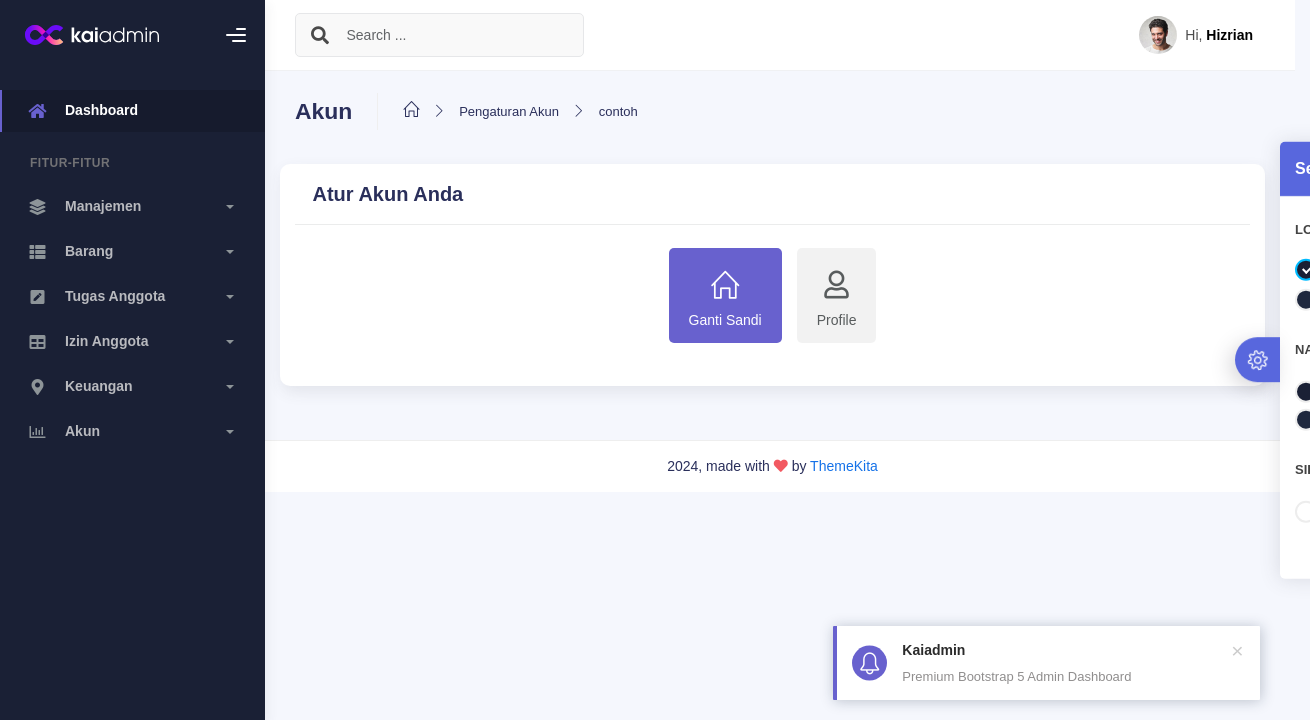
Repository: fatkquladhim/multimedia_laravel
Page: http://localhost/akun
An editor plug-in stored every save of this project. The page is shown before and after the next save, followed by the edit.
The browser window is 1280 px wide. The page is 1280 px wide, then 1310 px, then 1280 px, so the pictures cover 1310 px, including what lies to the right of the window. The pictures show the whole page.
Some web fonts or font styles are not loaded; a fallback is used. The page is served by the project's Laravel application, run on PHP 8.4 with Laravel 12. Other server files are loaded and not shown.

Above is the page before, as saved 2025-08-16 23:05:08.
Console error: ReferenceError: jsVectorMap is not defined

### routes/web.php
<?php

use Illuminate\Support\Facades\Route;


Route::get('/', function () {
    return view('dashboard.admin');
});
Route::get('/anggota', function () {
    return view('anggota.tampil');
});
Route::get('/laptop', function () {
    return view('laptop.tampil');
});
Route::get('/alat', function () {
    return view('alat.tampil');
});
Route::get('/akses', function () {
    return view('akses.tampil');
});
Route::get('/peminjaman', function () {
    return view('peminjaman.tampil');
});
Route::get('/penyewaan', function () {
    return view('penyewaan.tampil');
});
Route::get('/tugas', function () {
    return view('tugas.tampil');
});
Route::get('/izin_malam', function () {
    return view('izin_malam.tampil');
});
Route::get('/izin_nugas', function () {
    return view('izin_nugas.tampil');
});
Route::get('/keuangan', function () {
    return view('keuangan.tampil');
});
Route::get('/akun', function () {
    return view('akun.tampil');
});
Route::get('/logout', function () {
    return view('logout.tampil');
});

### resources/views/akun/tampil.blade.php
@extends('layouts.master')
@section('content')
    <div class="page-inner">
        <div class="page-header">
            <h3 class="fw-bold mb-3">Akun</h3>
            <ul class="breadcrumbs mb-3">
                <li class="nav-home">
                    <a href="#">
                        <i class="icon-home"></i>
                    </a>
                </li>
                <li class="separator">
                    <i class="icon-arrow-right"></i>
                </li>
                <li class="nav-item">
                    <a href="#">Pengaturan Akun</a>
                </li>
                <li class="separator">
                    <i class="icon-arrow-right"></i>
                </li>
                <li class="nav-item">
                    <a href="#">contoh</a>
                </li>
            </ul>
        </div>
        <div class="row">
          <div class="card">
              <div class="card-header">
                <h4 class="card-title">Atur Akun Anda</h4>
              </div>
              <div class="card-body">
                <ul class="nav nav-pills nav-secondary  nav-pills-no-bd nav-pills-icons justify-content-center" id="pills-tab-with-icon" role="tablist">
                  <li class="nav-item">
                    <a class="nav-link active" id="pills-home-tab-icon" data-bs-toggle="pill" href="#pills-home-icon" role="tab" aria-controls="pills-home-icon" aria-selected="true">
                      <i class="icon-home"></i>
                      Ganti Sandi
                    </a>
                  </li>
                  <li class="nav-item">
                    <a class="nav-link" id="pills-profile-tab-icon" data-bs-toggle="pill" href="#pills-profile-icon" role="tab" aria-controls="pills-profile-icon" aria-selected="false">
                      <i class="far fa-user"></i>
                      Profile
                    </a>
                  </li>
                </ul>
                <div class="row">
                <div class="tab-content mt-2 mb-3" id="pills-with-icon-tabContent">
                  <div class="tab-pane fade show active" id="pills-home-icon" role="tabpanel" aria-labelledby="pills-home-tab-icon">

                  </div>
                  <div class="tab-pane fade" id="pills-profile-icon" role="tabpanel" aria-labelledby="pills-profile-tab-icon">
                    <p>Even the all-powerful Pointing has no control about the blind texts it is an almost unorthographic life One day however a small line of blind text by the name of Lorem Ipsum decided to leave for the far World of Grammar.</p>
                    <p>The Big Oxmox advised her not to do so, because there were thousands of bad Commas, wild Question Marks and devious Semikoli, but the Little Blind Text didn’t listen. She packed her seven versalia, put her initial into the belt and made herself on the way.
                    </p>
                  </div>
                  <div class="tab-pane fade" id="pills-contact-icon" role="tabpanel" aria-labelledby="pills-contact-tab-icon">
                    <p>Pityful a rethoric question ran over her cheek, then she continued her way. On her way she met a copy. The copy warned the Little Blind Text, that where it came from it would have been rewritten a thousand times and everything that was left from its origin would be the word "and" and the Little Blind Text should turn around and return to its own, safe country.</p>

                    <p> But nothing the copy said could convince her and so it didn’t take long until a few insidious Copy Writers ambushed her, made her drunk with Longe and Parole and dragged her into their agency, where they abused her for their</p>
                  </div>
                </div>
              </div>
            </div>
        </div>
    </div>
@endsection

### resources/views/layouts/master.blade.php
<!DOCTYPE html>
<html lang="en">
  <head>
    <meta http-equiv="X-UA-Compatible" content="IE=edge" />
    <title>Kaiadmin - Bootstrap 5 Admin Dashboard</title>
    <meta
      content="width=device-width, initial-scale=1.0, shrink-to-fit=no"
      name="viewport"
    />
    <!-- <link
      rel="icon"
      href="assets/img/kaiadmin/favicon.ico"
      type="image/x-icon"
    /> -->

    <!-- Fonts and icons -->
    <script src="{{ asset('js/plugin/webfont/webfont.min.js') }}"></script>
    <script>
      WebFont.load({
        google: { families: ["Public Sans:300,400,500,600,700"] },
        custom: {
          families: [
            "Font Awesome 5 Solid",
            "Font Awesome 5 Regular",
            "Font Awesome 5 Brands",
            "simple-line-icons",
          ],
          urls: ["{{ asset('css/fonts.min.css') }}"],
        },
        active: function () {
          sessionStorage.fonts = true;
        },
      });
    </script>

    <!-- CSS Files -->
    <link rel="stylesheet" href="{{ asset('css/bootstrap.min.css') }}" />
    <link rel="stylesheet" href="{{ asset('css/plugins.min.css') }}" />
    <link rel="stylesheet" href="{{ asset('css/kaiadmin.min.css') }}" />

    <!-- CSS Just for demo purpose, don't include it in your project -->
    <link rel="stylesheet" href="{{ asset('css/demo.css') }}" />
  </head>
  <body>
    <div class="wrapper">
      <!-- Sidebar -->
      @include('partials.sidebar')
      <!-- End Sidebar -->

      <div class="main-panel">
        <div class="main-header">
          <div class="main-header-logo">
            <!-- Logo Header -->
            <div class="logo-header" data-background-color="dark">
              <a href="index.html" class="logo">
                  <img
                    src="{{ asset('img/kaiadmin/logo_light.svg') }}"
                    alt="navbar brand"
                    class="navbar-brand"
                    height="20"
                  />
              </a>
              <div class="nav-toggle">
                <button class="btn btn-toggle toggle-sidebar">
                  <i class="gg-menu-right"></i>
                </button>
                <button class="btn btn-toggle sidenav-toggler">
                  <i class="gg-menu-left"></i>
                </button>
              </div>
              <button class="topbar-toggler more">
                <i class="gg-more-vertical-alt"></i>
              </button>
            </div>
            <!-- End Logo Header -->
          </div>
          <!-- Navbar Header -->
          @include('partials.header')
          <!-- End Navbar -->
        </div>

        <div class="container">
          @yield('content')
        </div>
        {{-- footer --}}
        @include('partials.footer')
      </div>

      <!-- Custom template | don't include it in your project! -->
      <div class="custom-template">
        @include('partials.custom')
      </div>
      <!-- End Custom template -->
    </div>
    <!--   Core JS Files   -->
    <script src="{{ asset('js/core/jquery-3.7.1.min.js') }}"></script>
    <script src="{{ asset('js/core/popper.min.js') }}"></script>
    <script src="{{ asset('js/core/bootstrap.min.js') }}"></script>

    <!-- jQuery Scrollbar -->
    <script src="{{ asset('js/plugin/jquery-scrollbar/jquery.scrollbar.min.js') }}"></script>

    <!-- Chart JS -->
    <script src="{{ asset('js/plugin/chart.js/chart.min.js') }}"></script>

    <!-- jQuery Sparkline -->
    <script src="{{ asset('js/plugin/jquery.sparkline/jquery.sparkline.min.js') }}"></script>

    <!-- Chart Circle -->
    <script src="{{ asset('js/plugin/chart-circle/circles.min.js') }}"></script>

    <!-- Datatables -->
    <script src="{{ asset('js/plugin/datatables/datatables.min.js') }}"></script>

    <!-- Bootstrap Notify -->
    <script src="{{ asset('js/plugin/bootstrap-notify/bootstrap-notify.min.js') }}"></script>

    <!-- Sweet Alert -->
    <script src="{{ asset('js/plugin/sweetalert/sweetalert.min.js') }}"></script>

    <!-- Kaiadmin JS -->
    <script src="{{ asset('js/kaiadmin.min.js') }}"></script>

    <!-- Kaiadmin DEMO methods, don't include it in your project! -->
    <script src="{{ asset('js/setting-demo.js') }}"></script>
    <script src="{{ asset('js/demo.js') }}"></script>
    <script>
      $("#lineChart").sparkline([102, 109, 120, 99, 110, 105, 115], {
        type: "line",
        height: "70",
        width: "100%",
        lineWidth: "2",
        lineColor: "#177dff",
        fillColor: "rgba(23, 125, 255, 0.14)",
      });

      $("#lineChart2").sparkline([99, 125, 122, 105, 110, 124, 115], {
        type: "line",
        height: "70",
        width: "100%",
        lineWidth: "2",
        lineColor: "#f3545d",
        fillColor: "rgba(243, 84, 93, .14)",
      });

      $("#lineChart3").sparkline([105, 103, 123, 100, 95, 105, 115], {
        type: "line",
        height: "70",
        width: "100%",
        lineWidth: "2",
        lineColor: "#ffa534",
        fillColor: "rgba(255, 165, 52, .14)",
      });
    </script>
  </body>
</html>

### resources/views/partials/footer.blade.php
<footer class="footer">
    <div class="container-fluid d-flex justify-content-center">
    <div class="copyright">
        2024, made with <i class="fa fa-heart heart text-danger"></i> by
        <a href="http://www.themekita.com">ThemeKita</a>
    </div>
    </div>
</footer>

### resources/views/partials/custom.blade.php
<div class="title">Settings</div>
        <div class="custom-content">
          <div class="switcher">
            <div class="switch-block">
              <h4>Logo Header</h4>
              <div class="btnSwitch">
                <button
                  type="button"
                  class="selected changeLogoHeaderColor"
                  data-color="dark"
                ></button>
                <button
                  type="button"
                  class="changeLogoHeaderColor"
                  data-color="blue"
                ></button>
                <button
                  type="button"
                  class="changeLogoHeaderColor"
                  data-color="purple"
                ></button>
                <button
                  type="button"
                  class="changeLogoHeaderColor"
                  data-color="light-blue"
                ></button>
                <button
                  type="button"
                  class="changeLogoHeaderColor"
                  data-color="green"
                ></button>
                <button
                  type="button"
                  class="changeLogoHeaderColor"
                  data-color="orange"
                ></button>
                <button
                  type="button"
                  class="changeLogoHeaderColor"
                  data-color="red"
                ></button>
                <button
                  type="button"
                  class="changeLogoHeaderColor"
                  data-color="white"
                ></button>
                <br />
                <button
                  type="button"
                  class="changeLogoHeaderColor"
                  data-color="dark2"
                ></button>
                <button
                  type="button"
                  class="changeLogoHeaderColor"
                  data-color="blue2"
                ></button>
                <button
                  type="button"
                  class="changeLogoHeaderColor"
                  data-color="purple2"
                ></button>
                <button
                  type="button"
                  class="changeLogoHeaderColor"
                  data-color="light-blue2"
                ></button>
                <button
                  type="button"
                  class="changeLogoHeaderColor"
                  data-color="green2"
                ></button>
                <button
                  type="button"
                  class="changeLogoHeaderColor"
                  data-color="orange2"
                ></button>
                <button
                  type="button"
                  class="changeLogoHeaderColor"
                  data-color="red2"
                ></button>
              </div>
            </div>
            <div class="switch-block">
              <h4>Navbar Header</h4>
              <div class="btnSwitch">
                <button
                  type="button"
                  class="changeTopBarColor"
                  data-color="dark"
                ></button>
                <button
                  type="button"
                  class="changeTopBarColor"
                  data-color="blue"
                ></button>
                <button
                  type="button"
                  class="changeTopBarColor"
                  data-color="purple"
                ></button>
                <button
                  type="button"
                  class="changeTopBarColor"
                  data-color="light-blue"
                ></button>
                <button
                  type="button"
                  class="changeTopBarColor"
                  data-color="green"
                ></button>
                <button
                  type="button"
                  class="changeTopBarColor"
                  data-color="orange"
                ></button>
                <button
                  type="button"
                  class="changeTopBarColor"
                  data-color="red"
                ></button>
                <button
                  type="button"
                  class="selected changeTopBarColor"
                  data-color="white"
                ></button>
                <br />
                <button
                  type="button"
                  class="changeTopBarColor"
                  data-color="dark2"
                ></button>
                <button
                  type="button"
                  class="changeTopBarColor"
                  data-color="blue2"
                ></button>
                <button
                  type="button"
                  class="changeTopBarColor"
                  data-color="purple2"
                ></button>
                <button
                  type="button"
                  class="changeTopBarColor"
                  data-color="light-blue2"
                ></button>
                <button
                  type="button"
                  class="changeTopBarColor"
                  data-color="green2"
                ></button>
                <button
                  type="button"
                  class="changeTopBarColor"
                  data-color="orange2"
                ></button>
                <button
                  type="button"
                  class="changeTopBarColor"
                  data-color="red2"
                ></button>
              </div>
            </div>
            <div class="switch-block">
              <h4>Sidebar</h4>
              <div class="btnSwitch">
                <button
                  type="button"
                  class="changeSideBarColor"
                  data-color="white"
                ></button>
                <button
                  type="button"
                  class="selected changeSideBarColor"
                  data-color="dark"
                ></button>
                <button
                  type="button"
                  class="changeSideBarColor"
                  data-color="dark2"
                ></button>
              </div>
            </div>
          </div>
        </div>
        <div class="custom-toggle">
          <i class="icon-settings"></i>
        </div>

Loaded but not shown: public/js/plugin/webfont/webfont.min.js (library); public/css/bootstrap.min.css (library); public/css/plugins.min.css (library); public/css/kaiadmin.min.css (library); public/css/fonts.min.css (library); public/js/core/jquery-3.7.1.min.js (library); public/js/core/popper.min.js (library); public/js/core/bootstrap.min.js (library); public/js/plugin/jquery-scrollbar/jquery.scrollbar.min.js (library); public/js/plugin/chart.js/chart.min.js (library); public/js/plugin/jquery.sparkline/jquery.sparkline.min.js (library); public/js/plugin/chart-circle/circles.min.js (library); public/js/plugin/datatables/datatables.min.js (library); public/js/plugin/bootstrap-notify/bootstrap-notify.min.js (library); public/js/plugin/sweetalert/sweetalert.min.js (library); public/js/kaiadmin.min.js (library); public/img/kaiadmin/logo_light.svg (54 lines, source omitted); public/js/demo.js (429 lines, source omitted); public/js/setting-demo.js (105 lines, source omitted); public/css/demo.css (312 lines, source omitted); resources/views/partials/header.blade.php (195 lines, source omitted); resources/views/partials/sidebar.blade.php (171 lines, source omitted)

After the next save:
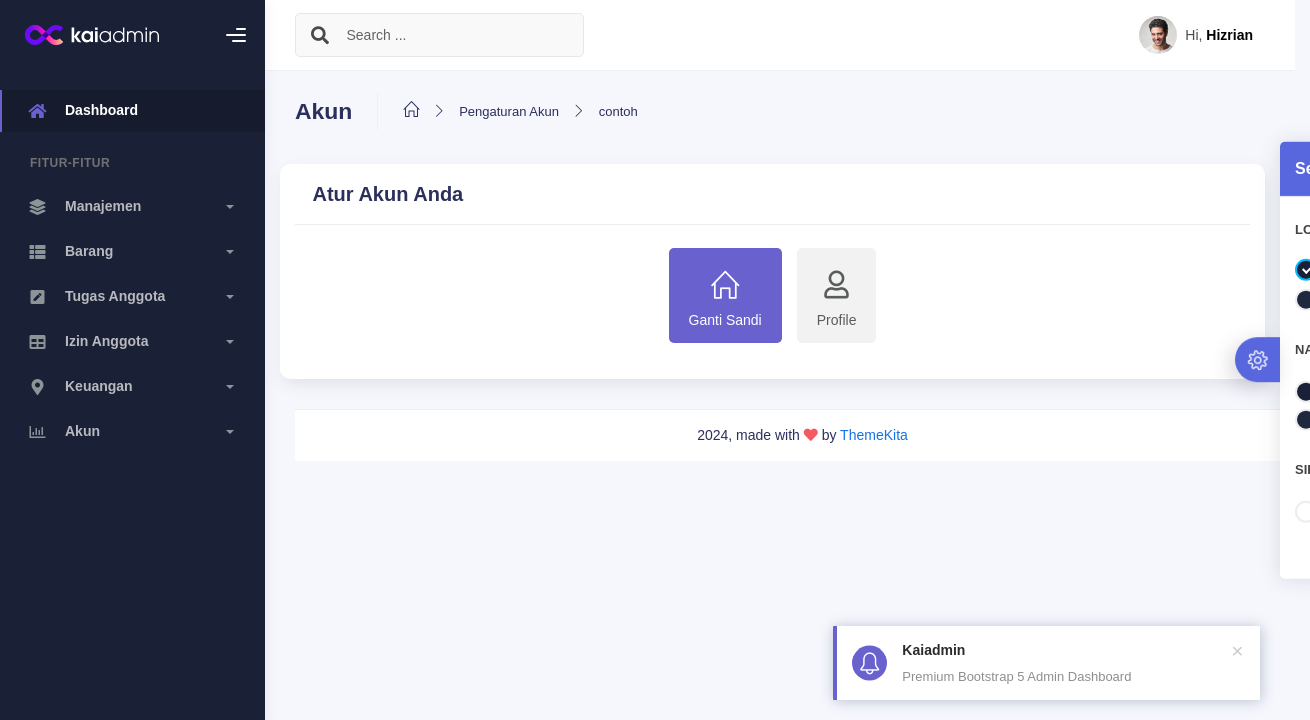
Saved 10 s later.
--- a/resources/views/akun/tampil.blade.php
+++ b/resources/views/akun/tampil.blade.php
@@ -44,11 +44,12 @@
                   </li>
                 </ul>
                 <div class="row">
-                <div class="tab-content mt-2 mb-3" id="pills-with-icon-tabContent">
-                  <div class="tab-pane fade show active" id="pills-home-icon" role="tabpanel" aria-labelledby="pills-home-tab-icon">
+                  <div class="col">
+                    <div class="tab-content mt-2 mb-3" id="pills-with-icon-tabContent">
+                      <div class="tab-pane fade show active" id="pills-home-icon" role="tabpanel" aria-labelledby="pills-home-tab-icon">
 
-                  </div>
-                  <div class="tab-pane fade" id="pills-profile-icon" role="tabpanel" aria-labelledby="pills-profile-tab-icon">
+                      </div>
+                      <div class="tab-pane fade" id="pills-profile-icon" role="tabpanel" aria-labelledby="pills-profile-tab-icon">
                     <p>Even the all-powerful Pointing has no control about the blind texts it is an almost unorthographic life One day however a small line of blind text by the name of Lorem Ipsum decided to leave for the far World of Grammar.</p>
                     <p>The Big Oxmox advised her not to do so, because there were thousands of bad Commas, wild Question Marks and devious Semikoli, but the Little Blind Text didn’t listen. She packed her seven versalia, put her initial into the belt and made herself on the way.
                     </p>

After the save that followed:
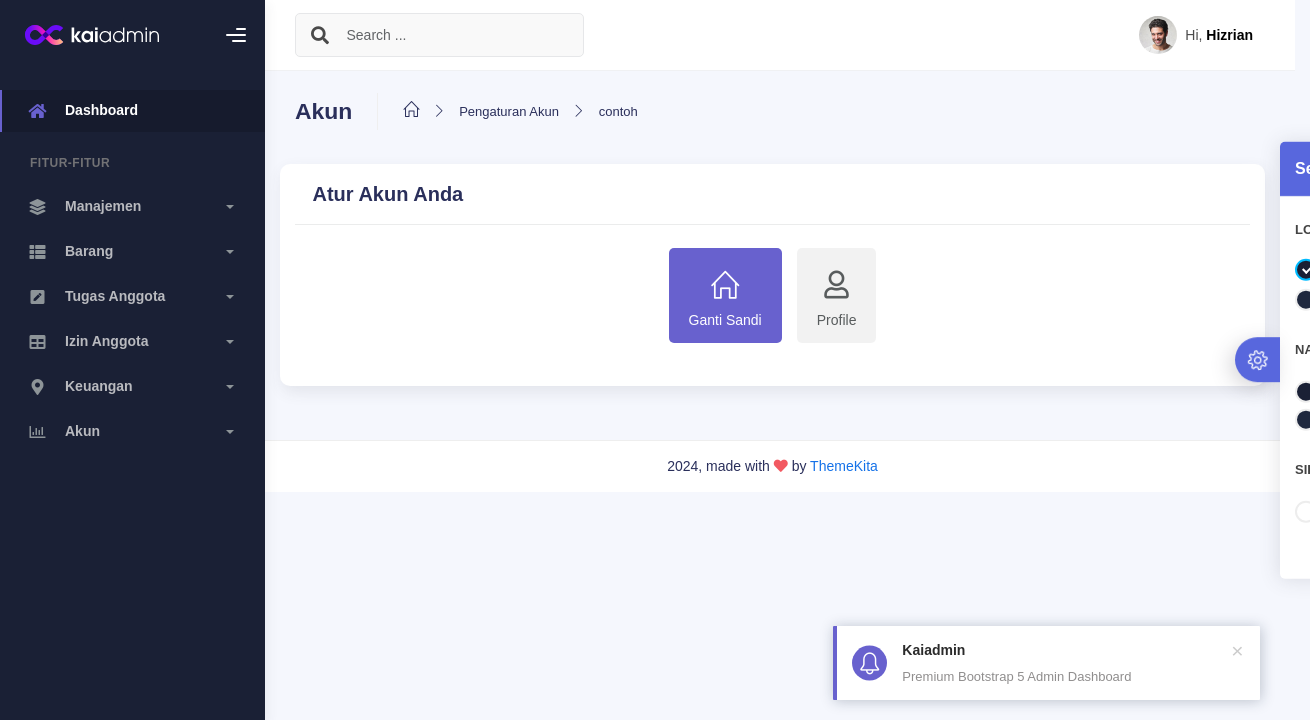
Saved 15 s later.
--- a/resources/views/akun/tampil.blade.php
+++ b/resources/views/akun/tampil.blade.php
@@ -44,12 +44,11 @@
                   </li>
                 </ul>
                 <div class="row">
-                  <div class="col">
-                    <div class="tab-content mt-2 mb-3" id="pills-with-icon-tabContent">
-                      <div class="tab-pane fade show active" id="pills-home-icon" role="tabpanel" aria-labelledby="pills-home-tab-icon">
+                <div class="tab-content mt-2 mb-3" id="pills-with-icon-tabContent">
+                  <div class="tab-pane fade show active" id="pills-home-icon" role="tabpanel" aria-labelledby="pills-home-tab-icon">
 
-                      </div>
-                      <div class="tab-pane fade" id="pills-profile-icon" role="tabpanel" aria-labelledby="pills-profile-tab-icon">
+                  </div>
+                  <div class="tab-pane fade" id="pills-profile-icon" role="tabpanel" aria-labelledby="pills-profile-tab-icon">
                     <p>Even the all-powerful Pointing has no control about the blind texts it is an almost unorthographic life One day however a small line of blind text by the name of Lorem Ipsum decided to leave for the far World of Grammar.</p>
                     <p>The Big Oxmox advised her not to do so, because there were thousands of bad Commas, wild Question Marks and devious Semikoli, but the Little Blind Text didn’t listen. She packed her seven versalia, put her initial into the belt and made herself on the way.
                     </p>
